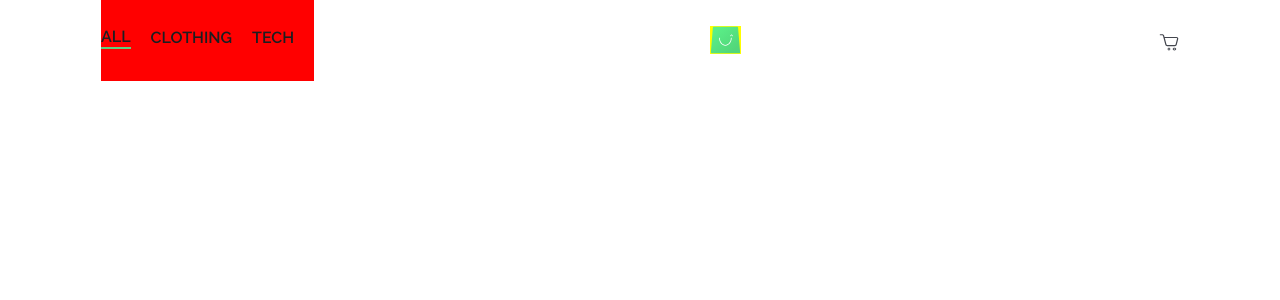
Repository: Esraa22M/project
Page: / (app in ecommerce/)
The author's editor kept a copy of each file at every save. The page is drawn from the files as they stood at one save, then again after the next save.
The browser window is 1280 px wide. The pictures show the whole page.
The project was rebuilt for these pictures with package versions that can differ from the ones it lists, and the page was loaded fresh each time. Also part of the build but not shown: ecommerce/src/components/TechCategory.js, ecommerce/src/components/ClothingCategory.js, ecommerce/src/components/ErrorPage.js, ecommerce/src/components/ProductDetails.js, ecommerce/src/components/Cart.js.

Above is the page before, as saved 2022-03-26 02:02:25.

### ecommerce/public/index.html
<!DOCTYPE html>
<html lang="en">

<head>
  <meta charset="utf-8" />
  <link rel="icon" href="%PUBLIC_URL%/favicon.ico" />
  <meta name="viewport" content="width=device-width, initial-scale=1" />
  <meta name="theme-color" content="#000000" />
  <link rel="preconnect" href="https://fonts.googleapis.com">
  <link rel="preconnect" href="https://fonts.gstatic.com" crossorigin>
  <link
    href="https://fonts.googleapis.com/css2?family=Raleway:wght@300;400;500;600;700;800;900&family=Roboto:wght@300;400;500;700;900&family=Source+Sans+Pro:wght@300;400;600;700;900&display=swap"
    rel="stylesheet">
  <meta name="description" content="Web site created using create-react-app" />
  <link rel="apple-touch-icon" href="%PUBLIC_URL%/logo192.png" />
  <!--
      manifest.json provides metadata used when your web app is installed on a
      user's mobile device or desktop. See https://developers.google.com/web/fundamentals/web-app-manifest/
    -->
  <link rel="manifest" href="%PUBLIC_URL%/manifest.json" />
  <!--
      Notice the use of %PUBLIC_URL% in the tags above.
      It will be replaced with the URL of the `public` folder during the build.
      Only files inside the `public` folder can be referenced from the HTML.

      Unlike "/favicon.ico" or "favicon.ico", "%PUBLIC_URL%/favicon.ico" will
      work correctly both with client-side routing and a non-root public URL.
      Learn how to configure a non-root public URL by running `npm run build`.
    -->
  <title>React App</title>
</head>

<body>
  <noscript>You need to enable JavaScript to run this app.</noscript>
  <div id="root"></div>
  <!--
      This HTML file is a template.
      If you open it directly in the browser, you will see an empty page.

      You can add webfonts, meta tags, or analytics to this file.
      The build step will place the bundled scripts into the <body> tag.

      To begin the development, run `npm start` or `yarn start`.
      To create a production bundle, use `npm run build` or `yarn build`.
    -->
</body>

</html>

### ecommerce/src/index.css

/* ------------------- */
/* Custom properties   */
/* ------------------- */
:root {
  /* colors */
  --clr-primary: hsla(136, 53%, 59%, 1);
  --clr-black:hsla(216, 8%, 12%, 1);
  --clr-light: hsla(210, 5%, 67%, 0.19);
  --clr-light-grey:hsla(231, 6%, 58%, 1);
  --clr-white:hsla(0, 0%, 100%, 1);
  --clr-neutral:hsla(247, 13%, 25%, 0.22);
   /* font-sizes */
   --fs-14:0.875;
   --fs-16: 1rem;
   --fs-18: 1.125rem;
   --fs-24:1.5rem;
   --fs-30:1.875rem;
   --fs-42:2.625rem;
    /* font-families */
    --ff-raleway:'Raleway', sans-serif;
    --ff-roboto: 'Roboto', sans-serif;

}
/* ------------------- */
/* Reset               */
/* ------------------- */

/* Box sizing */
*,
*::before,
*::after {
    box-sizing: border-box;
    margin: 0;
    padding: 0;
}
body{
  font-family: var(--ff-raleway);
  position: relative;
  font-size:16px;
  color: var(--clr-black);
  line-height:18px;
  min-height: 100vh;
  -webkit-font-smoothing: antialiased;
  -moz-osx-font-smoothing: grayscale;
}

### ecommerce/src/App.js
import React from "react";
import { BrowserRouter as Router, Routes, Route } from "react-router-dom";
import AllCategory from "./components/AllCategory";
import Navbar from "./components/Navbar";
import TechCategory from "./components/TechCategory";
import ClothingCategory from "./components/ClothingCategory";
import ErrorPage from "./components/ErrorPage";
import ProductDetails from "./components/ProductDetails";
import Cart from "./components/Cart";
class App extends React.Component {
  constructor(props) {
    super(props);

    this.state = {};
  }

  render() {
    return (
      <Router>
        <Navbar

        />

        <Routes>
          <Route
            path="/"
            element={
              <AllCategory

              />
            }
          >
          </Route>
          <Route
            path="/clothes"
            element={
              <ClothingCategory

              />
            }
          ></Route>
          <Route
            path="/tech"
            element={
              <TechCategory

              />
            }
          ></Route>
          <Route
            path="/details/:id"
            element={
              <ProductDetails

              />
            }
          ></Route>
          <Route
            path="/cart"
            element={
              <Cart

              />
            }
          ></Route>
          <Route path="*" element={<ErrorPage />}></Route>
        </Routes>
      </Router>
    );
  }
}

// #endregion

export default App;

### ecommerce/src/components/AllCategory.js
import React from 'react';
class AllCategory extends React.Component {
constructor(props) {
    super(props);

    this.state = {
    };
}

    render() {
        return <div></div>;
    }
}


export default AllCategory;

### ecommerce/src/components/Navbar.js
import React from "react";
import circle from "../images/halfCircle.svg";
import cart from "../images/cartIcon.svg";
import bag from "../images/logo.svg";
import cartLeg from "../images/cartLeg.svg";
import arrow from "../images/arrow.svg";
import {
    Nav,
    NavLink,
    NavMenu,
    Right,
    Center,
    Header,
    ShoppingCartIcon,
  } from "../styles/Navbar.style";
class Navbar extends React.Component {
  constructor(props) {
    super(props);

    this.state = {

      links: [true , false , false],

    };
  }
  handleOnLinkClick = (index) => {
    let tempLinks = [...this.state.links];
    for (var i = 0; i < tempLinks.length; i++) {
      tempLinks[i] = false;
    }

    tempLinks[index] = true;
    this.setState({ links: tempLinks });
  };
  render() {
    let links = this.state.links;

    return (
      <Header>
        <Nav>
          <NavMenu>
            <NavLink
              to="/"
              className={links[0] === true ? "active" : ""}
               onClick={() => this.handleOnLinkClick(0)}
            >
              ALL
            </NavLink>
            <NavLink
              to="/clothes"
              className={links[1] === true ? "active" : ""}
              onClick={() => this.handleOnLinkClick(1)}
            >
              Clothing
            </NavLink>
            <NavLink
              className={links[2] === true ? "active" : ""}
              to="/tech"
              onClick={() => this.handleOnLinkClick(2)}
            >
              Tech
            </NavLink>
          </NavMenu>
          <Center>
           <img
              src={bag}
              className="bag"
              alt="shopping-bag"
            />
            <img src={arrow} alt="up-arrow" className="upArrow" />
            <img src={circle} alt="circle" className="circle" />
          </Center>
          <Right>
            {/* <CustomDropDownMenu
              handleCurrencyIndexSelection={
                this.props.handleCurrencyIndexSelection
              }
            /> */}
            <ShoppingCartIcon>
              <img src={cart} alt="cart" className="cart-icon" />
              <img src={cartLeg} alt="cart" className="cart-leg-1 " />
              <img src={cartLeg} alt="cart" className="cart-leg-2 " />

              {/* <img src={cartLeg} alt="cart" className="cart-leg-1 " />
              <img src={cartLeg} alt="cart" className="cart-leg-2 " />
              {/* {this.props.cartItemsCount > 0 ? ( *
                <span className="circle">{this.props.cartItemsCount}</span>
              ) : (
                ""
              )} */}
             </ShoppingCartIcon>
          </Right>
        </Nav>
      </Header>
    );
  }
}
export default Navbar;

### ecommerce/src/styles/Navbar.style.js
import styled from "styled-components";
import { Link } from "react-router-dom";
export let Header = styled.header`
background-color:var(--clr-white);
`
export let Nav = styled.nav`
  display: flex;
  align-items: center;
  justify-content: space-between;
  text-transform: uppercase;
  padding: 0;
  margin: 0 6.313rem;

  height: 5rem;
`;

export const NavMenu = styled.div`
  & > * {
    margin-right: 1.25rem;
  }
  display: flex;
  justify-content: center;
  align-items: center;
  padding-top: 1.75rem;
  background-color:red;
  padding-bottom: 2rem;
  .active {
    border-bottom: 2px solid var( --clr-primary);
  }
`;
export const NavLink = styled(Link)`
  color: var(--color-black);
  text-decoration: none;
  display: flex;
  font-weight: 600;
  line-height: 1.2rem;
  font-size:var(--fs-16);
  text-align: center;
  cursor: pointer;
`;
export const Center = styled.div`
  display: flex;
  line-height:18px;
  background-color:yellow;
  position: relative;
  width: 1.949rem;
    height: 1.789rem;
  .circle,
  .upArrow {
    position: absolute;
  }
  .bag {
    width: 100%;
    height:100%;
  }
  .upArrow {
    width:0.338rem;
    height:0.199rem;
    bottom: 1.082rem;
    right: 0.429rem;
  }
  .circle {
    bottom: 0.54rem;
    right: 0.571rem;
    width:0.88rem;
    height:0.562rem;
  }
`;
export const Right = styled.div`
  display: flex;
  justify-content: center;
  align-items: center;`

export let ShoppingCartIcon = styled.div`
  display: flex;
  flex-direction: column;
  justify-content: center;
  align-items: center;
  position: relative;
  width:1.25rem;
  height:0.813rem;
  margin-left: 1.375rem;
  .cart-icon{
    width:100%;
    height:100%;
  }
  .cart-leg-1 ,.cart-leg-2{
    position:absolute;
    width:0.274rem;
    height:0.262rem;
    display:inline-block;
    top:100%;
  }
  .cart-leg-2{
    right:0.133rem;
  }

  /* .circle {
    position: absolute;
    display: flex;
    display:none;
    justify-content: center;
    align-items: center;
    color: var(--color-white);
    background-color: var(--color-black);
    border-radius: 100%;
    bottom: 1.5vw;
    font-weight: 700;
    font-size: 1.5vw;
    line-height: 2.28vw;
    text-align: center;
  }
  .cart-leg-1 , .cart-leg-2{
    position:absolute;
  }
  .cart-leg-1{
    top:1rem;
    right:0.1rem;
  }
  .cart-leg-2{
    top:1rem;

  } */

`;

Loaded but not shown: ecommerce/src/index.js (common file)

After the next save:
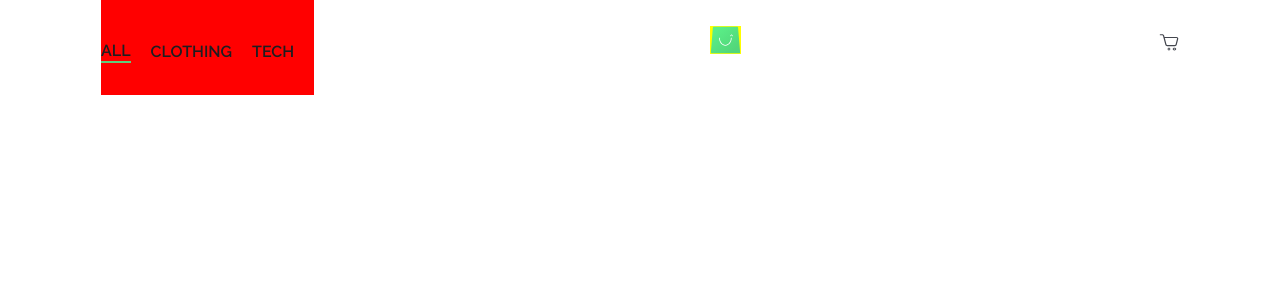
Saved 7 min 31 s later.
--- a/ecommerce/src/styles/Navbar.style.js
+++ b/ecommerce/src/styles/Navbar.style.js
@@ -36,6 +36,7 @@
   line-height: 1.2rem;
   font-size:var(--fs-16);
   text-align: center;
+  padding-top:1.75rem;
   cursor: pointer;
 `;
 export const Center = styled.div`
